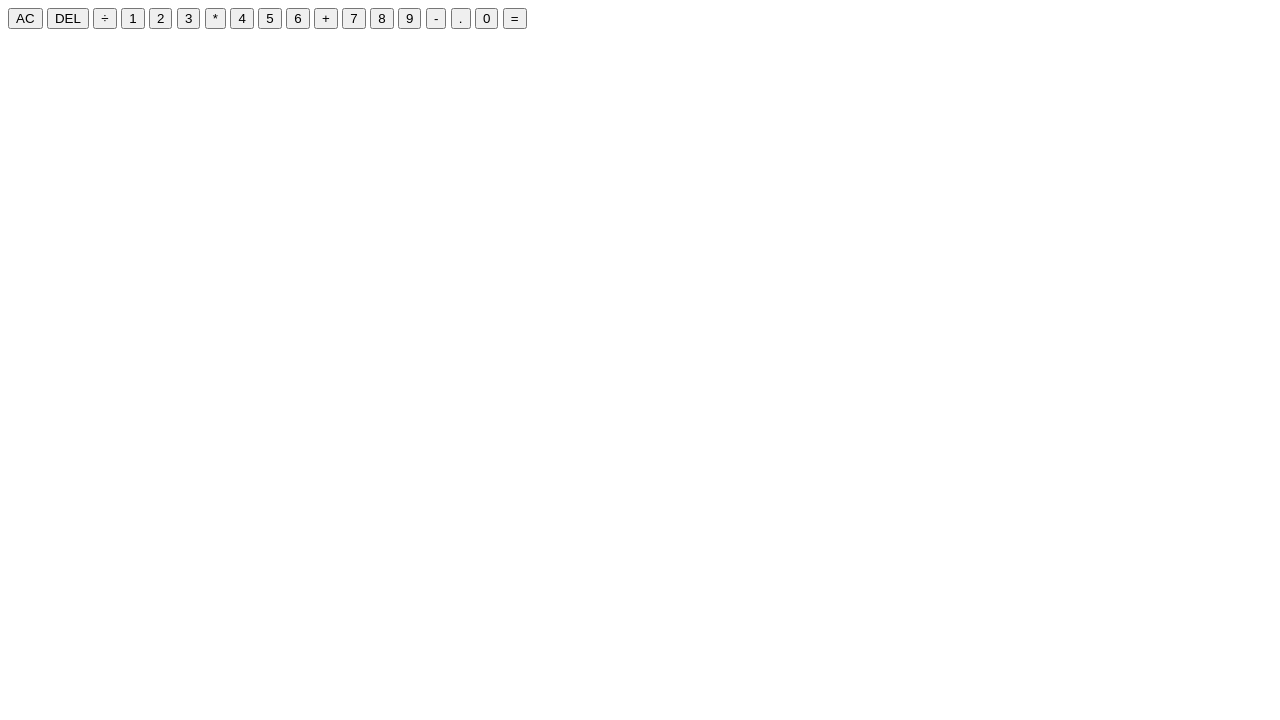
Repository: weazzyefff/Calculator-YT-Tutorial-
Page: index.html
These files come from the project's save history. The page is drawn as it stood at one moment and after the next save; the edit follows.
The browser window is 1280 px wide. The pictures show the whole page.

Above is the page before, as saved 2022-12-23 12:00:57.

### index.html
<!DOCTYPE html>
<html>
<head>
	<meta charset="utf-8">
	<meta name="viewport" content="width=device-width, initial-scale=1">
	<title>Calculator App</title>
    <link rel="stylesheet" href="styles.css">
    <script src="script.js" defer></script>
</head>
<body>
    <div class="calculator-grid"></div>
    <div class="output">
        <div class="previous-operand"></div>
        <div class="current-operand"></div>
    </div>
    <button class="span-two">AC</button>
    <button>DEL</button>
    <button>÷</button>
    <button>1</button>
    <button>2</button>
    <button>3</button>
    <button>*</button>
    <button>4</button>
    <button>5</button>
    <button>6</button>
    <button>+</button>
    <button>7</button>
    <button>8</button>
    <button>9</button>
    <button>-</button>
    <button>.</button>
    <button>0</button>
    <button class="span-two">=</button>

</body>
</html>

### styles.css
*, *::before, *::after {
    box-sizing: border-box;
    font-family: Gotham Rounded, sans-serif;
    font-weight: normal;
}

Loaded but not shown: script.js (no stored copy; drawn as an empty file)

After the next save:
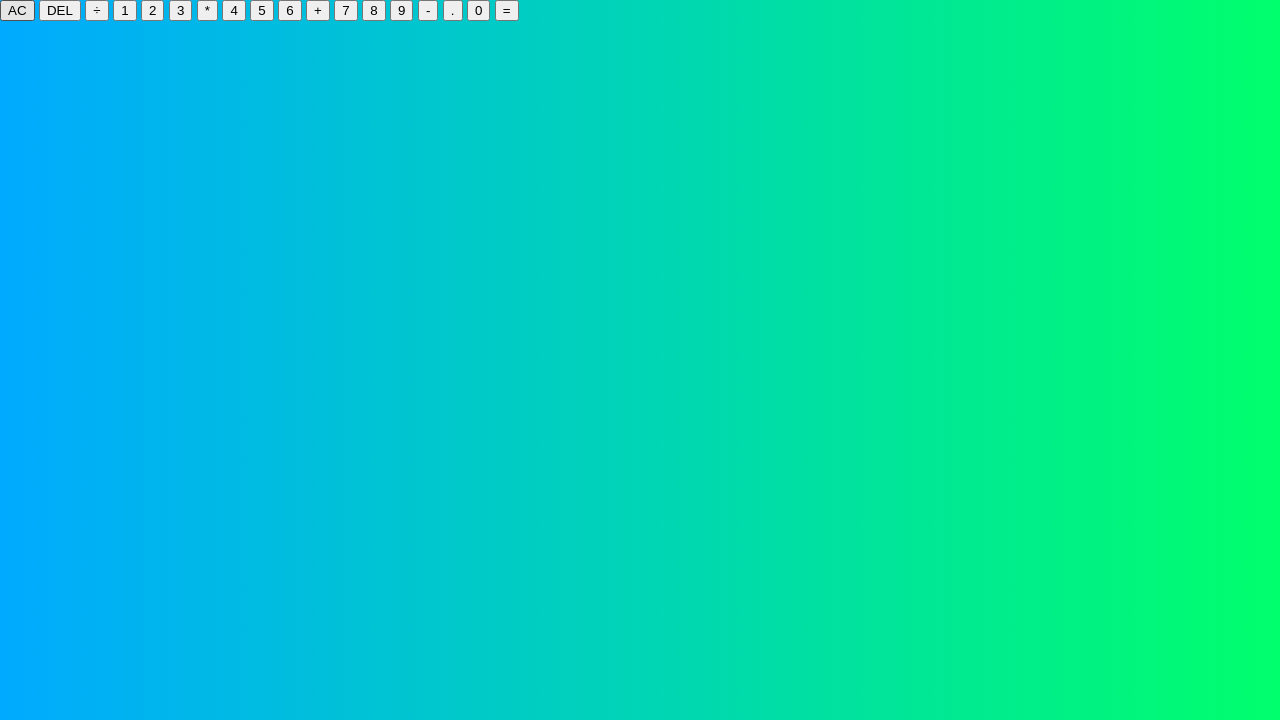
Saved 86 s later.
--- a/styles.css
+++ b/styles.css
@@ -3,3 +3,9 @@
     font-family: Gotham Rounded, sans-serif;
     font-weight: normal;
 }
+
+body {
+    padding: 0;
+    margin: 0;
+    background: linear-gradient(to right, #00AAFF, #00FF6C);
+}
